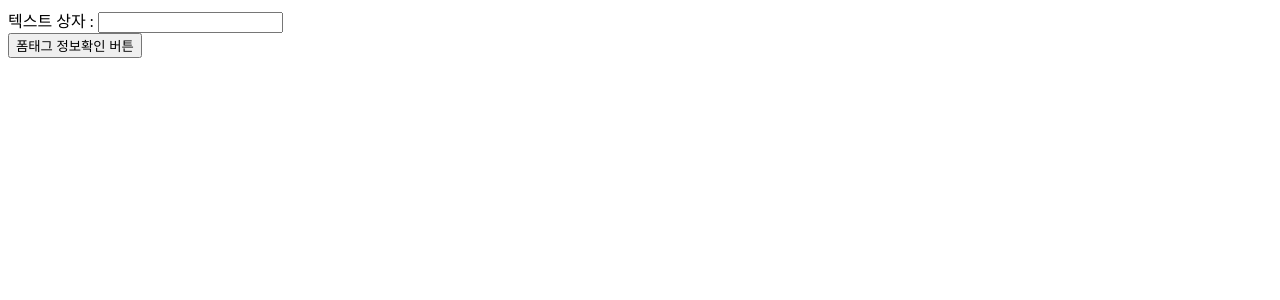
Repository: hololog/workspace_jsp1
Page: JspStudy/src/main/webapp/js1/test13.html
An editor plug-in stored every save of this project. The page is shown before and after the next save, followed by the edit.
The browser window is 1280 px wide. The pictures show the whole page.

Above is the page before, as saved 2021-12-09 07:46:37.

### JspStudy/src/main/webapp/js1/test13.html
<!DOCTYPE html>
<html>
<head>
<meta charset="UTF-8">
<title>js1/test13.html</title>
<script type="text/javascript">
//내장객체 계충구조로 구성
// window - location 주소줄
//		- history 방문기록
//		- document html(body) image
//                               form - text password textarea
//                                    - raido checkbox
//                                    - select
//내장객체 sindow.document.form = 큰 주제 : html문서안에 있는 폼태그 제어
//                              멤버변수
//                                  action 하이퍼링크 연결페이지 저장하는 변수
//                                  method 데이터 전송방식 저장하는 변수
//                                  멤버함수
//                                  submit() 서버로 전송하는 기능
//                                  reset() 초기화
//내장객체 호출 =>document.폼이름.action document.폼이름.method ......\
	 function f1() {
		alert(document.form.action);
		alert(document.form.method);
// 		document.form.submit();
		document.form.reset();
	}
</script>
</head>
<body>
 <form action="a.jsp" name="form" method="get">
  텍스트 상자 : <input type="text" name="id"><br>
<!--   비밀번호 상자 : <input type="password" name="pass" value="1234"><br> -->
<!--   긴 텍스트 박스 : <textarea rows="10" cols="20" name="ta">값</textarea><br> -->
  <input type="button" value="폼태그 정보확인 버튼" onclick="f1()"><br>

 </form>
</body>
</html>

After the next save:
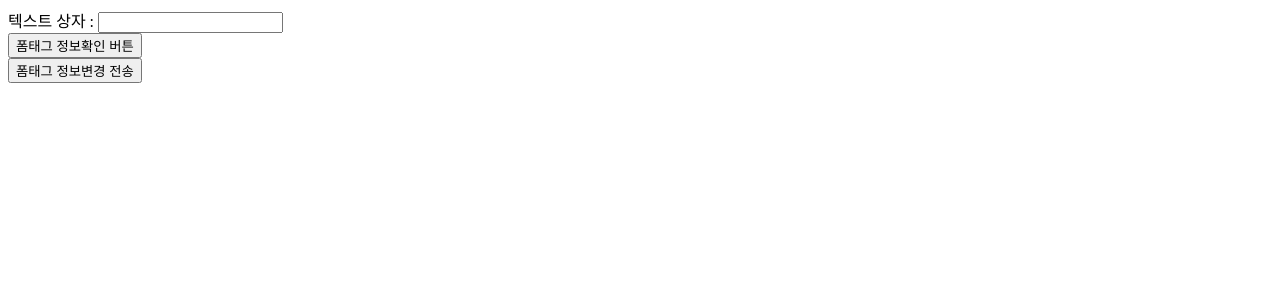
Console error: SyntaxError: Unexpected token '}'
Saved 3 min 45 s later.
--- a/JspStudy/src/main/webapp/js1/test13.html
+++ b/JspStudy/src/main/webapp/js1/test13.html
@@ -25,6 +25,11 @@
 // 		document.form.submit();
 		document.form.reset();
 	}
+	function f2() {
+		//action 변수 b.jsp변경 method post변경
+		//submit()폼에 있는 내용을 들고 서보로 전송할때 b.jsp연결
+		document.a.
+	}
 </script>
 </head>
 <body>
@@ -33,6 +38,7 @@
 <!--   비밀번호 상자 : <input type="password" name="pass" value="1234"><br> -->
 <!--   긴 텍스트 박스 : <textarea rows="10" cols="20" name="ta">값</textarea><br> -->
   <input type="button" value="폼태그 정보확인 버튼" onclick="f1()"><br>
+  <input type="button" value="폼태그 정보변경 전송" onclick="f2()"><br>
 
  </form>
 </body>
